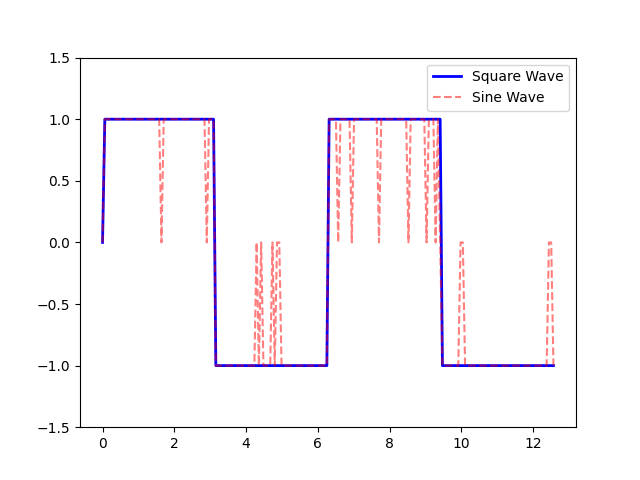
Repository: khulqu15/drone_smc_copppelia
Script's output: python py/realtime.py
These files come from the project's save history. The script's output is drawn as it stood at one moment and after the next save; the edit follows.
Animations are shown at an early frame. Random numbers start from a fixed seed.

Above is the script's output before, as saved 2024-06-24 00:26:48.

After the next save:
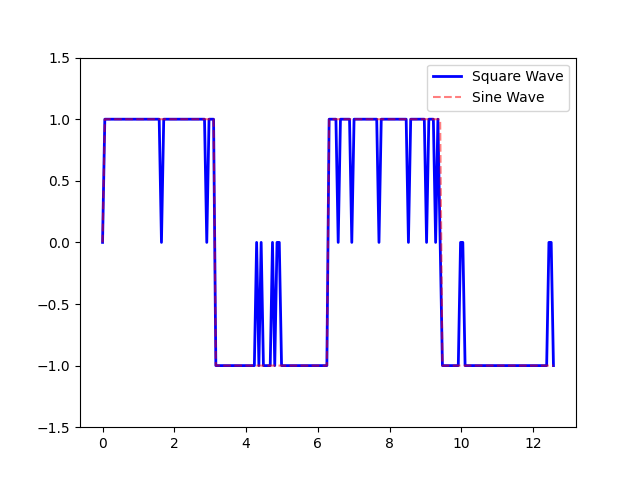
Saved 3 min 53 s later.
--- a/py/realtime.py
+++ b/py/realtime.py
@@ -25,8 +25,8 @@ def update(frame):
     square_ys = np.sign(ys)
     faulty_square_ys = introduce_faults(square_ys.copy(), fault_probability=0.1, fault_amplitude=0)
 
-    line.set_ydata(square_ys)
-    sine_line.set_ydata(faulty_square_ys)
+    line.set_ydata(faulty_square_ys)
+    sine_line.set_ydata(square_ys)
     return line, sine_line
 
 ani = FuncAnimation(fig, update, frames=np.arange(0, 400, 1), interval=50, blit=False)
